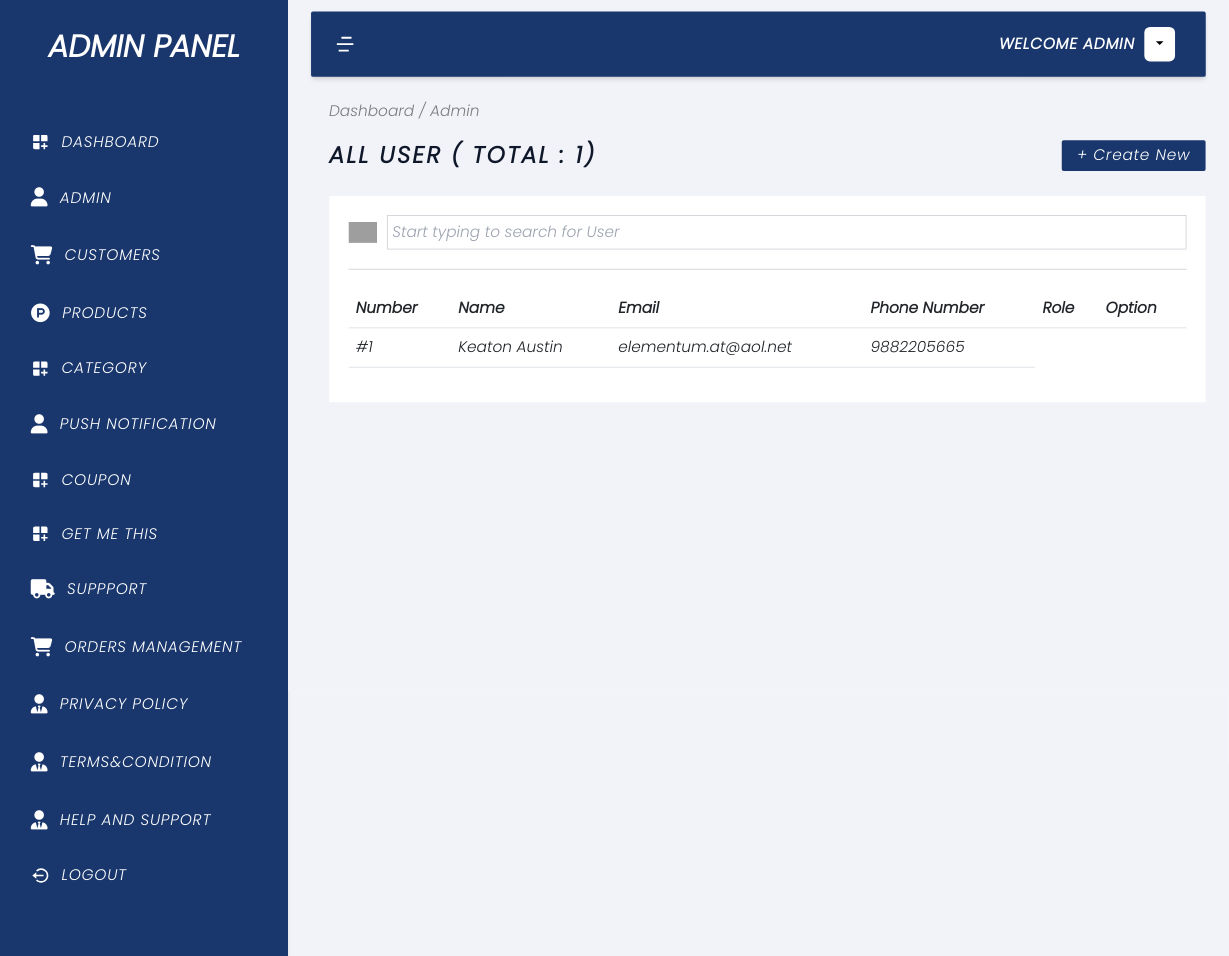
Repository: arpanmalik/project-khanna
Page: /Admin
An editor plug-in stored every save of this project. The page is shown before and after a run of saves, followed by the edit.
The browser window is 1280 px wide. The pictures show the whole page, at 96% of full size.
Pictures or frames that could not be fetched are drawn as grey boxes. Some web libraries are served in a nearby version. The project was rebuilt for these pictures with package versions that can differ from the ones it lists, and the page was loaded fresh each time. Also part of the build but not shown: src/E-CommerceAdmin/forms/Login.jsx, src/E-CommerceAdmin/pages/Dashboard.jsx, src/E-CommerceAdmin/pages/ECategory.js, src/E-CommerceAdmin/pages/EProduct.js, src/E-CommerceAdmin/pages/EVendorList.js, src/E-CommerceAdmin/pages/EAdminOrders.js, src/E-CommerceAdmin/pages/EAdminProduct.js, src/E-CommerceAdmin/pages/EAdminDelivery.js and 11 more. Imported but missing from the stored project, and not drawn on this page: src/E-CommerceAdmin/pages/Component/SpinnerComp, src/E-CommerceVendor/forms/EVendorLogin, src/E-CommerceVendor/pages/EVCategory, src/E-CommerceVendor/pages/EVCoupon, src/E-CommerceVendor/pages/EVDashboard, src/E-CommerceVendor/pages/EVOrders, src/E-CommerceVendor/pages/EVProduct, src/E-CommerceVendor/pages/EVSubCategory.

Above is the page before, as saved 2023-05-16 15:07:05.

### public/index.html
<!-- @format -->

<!DOCTYPE html>
<html lang="en">
  <head>
    <meta charset="utf-8" />
    <meta name="viewport" content="width=device-width, initial-scale=1" />
    <meta name="theme-color" content="#000000" />
    <meta
      name="description"
      content="Web site created using create-react-app"
    />
    <link rel="manifest" href="%PUBLIC_URL%/manifest.json" />
    <link rel="preconnect" href="https://fonts.googleapis.com">
<link rel="preconnect" href="https://fonts.gstatic.com" crossorigin>
<link href="https://fonts.googleapis.com/css2?family=Roboto+Mono:ital,wght@1,300&display=swap" rel="stylesheet">
    <title>Admin Panel</title>
  </head>
  <body>
    <noscript>You need to enable JavaScript to run this app.</noscript>
    <div id="root"></div>
    <script src="https://code.jquery.com/jquery-3.6.0.min.js"></script>
    <script src="https://kit.fontawesome.com/b533b351e4.js" crossorigin="anonymous"></script>
  </body>
</html>

### src/E-CommerceAdmin/pages/EAdmin.js
/** @format */

import axios from "axios";
import React, { useEffect, useState } from "react";
import { Alert, Badge, Button, Form, Modal, Table } from "react-bootstrap";
import { toast } from "react-toastify";
import HOC from "../layout/HOC";

const EAdmin = () => {
  const [modalShow, setModalShow] = React.useState(false);


  function MyVerticallyCenteredModal(props) {
    const [name, setName] = useState("");
    const [email, setEmail] = useState("");
    const [password, setPassword] = useState("");
    const [passwordConfirmation, setPasswordConfirmation] = useState("");
    const [phone, setPhone] = useState("");
    const [passwordError, setPasswordError] = useState(false);

    const postHandler = async (e) => {
      e.preventDefault();
      if (password === passwordConfirmation) {
        try {
          const { data } = await axios.post(
            "http://ec2-65-1-248-95.ap-south-1.compute.amazonaws.com:8886/api/auth/register",
            {
              name,
              username: name,
              email,
              password,
              passwordConfirmation,
              phone,
              role: "admin",
            }
          );
          toast.success(`${data?.user?.name} Created `);

        } catch (e) {
          console.log(e);
          toast.error(e.response.data.message);
        }
      } else {
        setPasswordError(true);
      }
    };

    return (
      <Modal
        {...props}
        size="lg"
        aria-labelledby="contained-modal-title-vcenter"
        centered
      >
        <Modal.Header closeButton>
          <Modal.Title id="contained-modal-title-vcenter">
            Add Admin
          </Modal.Title>
        </Modal.Header>
        <Modal.Body>
          {passwordError ? (
            <Alert variant="danger">Passwords do not Match</Alert>
          ) : (
            ""
          )}
          <Form onSubmit={postHandler}>
            <Form.Group className="mb-3">
              <Form.Label>Name</Form.Label>
              <Form.Control
                type="text"
                required
                onChange={(e) => setName(e.target.value)}
              />
            </Form.Group>
            <Form.Group className="mb-3">
              <Form.Label>Email Address</Form.Label>
              <Form.Control
                type="email"
                required
                onChange={(e) => setEmail(e.target.value)}
              />
            </Form.Group>
            <Form.Group className="mb-3">
              <Form.Label>Phone Number</Form.Label>
              <Form.Control
                type="tel"
                pattern="[0-9]{10}"
                required
                onChange={(e) => setPhone(e.target.value)}
              />
            </Form.Group>
            <Form.Group className="mb-3">
              <Form.Label>Password</Form.Label>
              <Form.Control
                type="password"
                required
                onChange={(e) => setPassword(e.target.value)}
                minLength={8}
              />
            </Form.Group>
            <Form.Group className="mb-3">
              <Form.Label>Confirm Password</Form.Label>
              <Form.Control
                type="password"
                required
                onChange={(e) => setPasswordConfirmation(e.target.value)}
                minLength={8}
              />
            </Form.Group>
            <Button variant="outline-success" type="submit">
              Submit
            </Button>
          </Form>
        </Modal.Body>
        <Modal.Footer></Modal.Footer>
      </Modal>
    );
  }



  return (
    <>
      <MyVerticallyCenteredModal
        show={modalShow}
        onHide={() => setModalShow(false)}
      />

      <p className="headP">Dashboard / Admin</p>
      <div
        className="pb-4 sticky top-0  w-full flex justify-between items-center"
        style={{ width: "98%", marginLeft: "2%" }}
      >
        <span
          className="tracking-widest text-slate-900 font-semibold uppercase "
          style={{ fontSize: "1.5rem" }}
        >
          All User ( Total : 1)
        </span>
        <button
          onClick={() => {
            setModalShow(true);
          }}
          className="md:py-2 px-3 md:px-4 py-1 rounded-sm bg-[#19376d] text-white tracking-wider"
        >
          + Create New
        </button>
      </div>

      <section className="sectionCont">
            <div className="filterBox">
              <img
                src="https://t4.ftcdn.net/jpg/01/41/97/61/360_F_141976137_kQrdYIvfn3e0RT1EWbZOmQciOKLMgCwG.jpg"
                alt=""
              />
              <input
                type="search"
                placeholder="Start typing to search for User"
              />
            </div>

            <div className="overFlowCont">
              <Table>
                <thead>
                  <tr>
                    <th>Number</th>
                    <th>Name</th>
                    <th>Email</th>
                    <th>Phone Number</th>
                    <th>Role</th>
                    <th>Option</th>
                  </tr>
                </thead>
                <tbody>
                  <tr>
                    <td>#1</td>
                    <td>Keaton Austin</td>
                    <td>elementum.at@aol.net</td>
                    <td>9882205665</td>
                  </tr>
                </tbody>
              </Table>
            </div>
      </section>
    </>
  );
};

export default HOC(EAdmin);

### src/E-CommerceAdmin/layout/HOC.jsx
/** @format */

import React, { useState } from "react";
import Navbar from "./Navbar";
import Sidebar from "./Sidebar";

const HOC = (Wcomponenet) => {
  return function Component() {
    const [hamb, setHamb] = useState(false);
    return (
      <>
        <section
          className="flex overflow-x-hidden relative "
          style={{ backgroundColor: "#f2f3f8" }}
        >
          {/* Sidebar */}
          <div
            className={
              hamb
                ? " absolute top-0 z-30 md:w-auto shadow-md bg-slate-200  w-60 transition-all md:-left-full left duration-150  h-auto overflow-y-auto  left-0 "
                : " md:w-72 z-30 bg-slate-200  shadow-md  md:static absolute top-0 -left-full   transition-all duration-150  overflow-y-auto h-auto"
            }
            style={{ minWidth: "300px" }}
          >
            <Sidebar hamb={hamb} setHamb={setHamb} />
          </div>
          {/* Components & Navbar */}
          <div
            className={
              hamb
                ? " transition-all px-4 py-2  duration-150 w-full h-screen"
                : " w-full h-screen  px-4 py-2   z-50 transition-all duration-150 "
            }
            style={{ backgroundColor: "#f2f3f8" }}
          >
            <Navbar hamb={hamb} setHamb={setHamb} />
            <div className="my-6 text-#000 h-[87%] wcomp overflow-y-auto">
              {" "}
              <Wcomponenet />
            </div>
          </div>
        </section>
      </>
    );
  };
};

export default HOC;

### src/E-CommerceAdmin/layout/Navbar.jsx
/** @format */
import { RiMenu4Line } from "react-icons/ri";
import Dropdown from "react-bootstrap/Dropdown";
import { UpdateProfile } from "../../Modals";
import { useState } from "react";
import { useNavigate } from "react-router-dom";
import { toast } from "react-toastify";

const Navbar = ({ hamb, setHamb }) => {
  const [modalShow, setModalShow] = useState(false);
  const navigate = useNavigate();

  function LogOut () {
    navigate('/')
    toast.success("Logged Out")
  }

  return (
    <>
      <UpdateProfile show={modalShow} onHide={() => setModalShow(false)} />
      <div
        className={
          hamb
            ? "flex  w-full justify-between  my-1 rounded-sm  p-4 py-3 shadow-md items-center  bg-slate-200 space-x-4"
            : "flex  w-full justify-between my-1 rounded-sm  p-4 py-3 shadow-md items-center  bg-slate-200 space-x-4"
        }
        style={{ backgroundColor: "#19376d" }}
      >
        <RiMenu4Line
          onClick={() => setHamb(!hamb)}
          className="text-2xl font-bold text-gray-900 hover:scale-90 cursor-pointer"
          style={{ color: "#fff" }}
        />

        <section className="flex sm:ml-auto justify-end sm:w-full items-center space-x-2  pr-2">
          <figcaption
            className="tracking-wider pl-1 font-semibold d-flex"
            style={{ gap: "10px", alignItems: "center" }}
          >
            <div
              className="lg:text-base text-sm text-gray-900  uppercase"
              style={{ color: "#fff" }}
            >
              Welcome Admin
            </div>
            <Dropdown>
              <Dropdown.Toggle id="dropdown-basic"></Dropdown.Toggle>

              <Dropdown.Menu>
                <Dropdown.Item onClick={() => setModalShow(true)}>
                  Update Profile <i className="fa-solid fa-user"></i>{" "}
                </Dropdown.Item>
                <Dropdown.Item onClick={() => LogOut()} >
                  Logout <i className="fa-solid fa-right-from-bracket"></i>{" "}
                </Dropdown.Item>
              </Dropdown.Menu>
            </Dropdown>
          </figcaption>
        </section>
      </div>
    </>
  );
};

export default Navbar;

### src/E-CommerceAdmin/layout/Sidebar.jsx
/** @format */

import React from "react";
import { RiCloseLine } from "react-icons/ri";
import { Link, useNavigate } from "react-router-dom";
import { BiLogOutCircle } from "react-icons/bi";
import { MdDashboardCustomize } from "react-icons/md";

const Sidebar = ({ hamb, setHamb }) => {
  const navigate = useNavigate();

  const nav = [
    {
      icon: <MdDashboardCustomize className="text-xl mr-3 rounded-full " />,
      link: "/dashboard ",
      name: "Dashboard",
    },
    {
      icon: <i className="fa-solid fa-user text-xl mr-3 rounded-full"></i>,
      link: "/Admin",
      name: "Admin",
    },
    {
      icon: (
        <i className="fa-solid fa-cart-shopping text-xl mr-3 rounded-full"></i>
      ),
      link: "/Customer",
      name: "Customers",
    },
    // {
    //   icon: <i className="fa-solid fa-user-tie text-xl mr-3 rounded-full"></i>,
    //   link: "/VendorList",
    //   name: "Vendors",
    // },
    {
      icon: (
        <i className="fa-brands fa-product-hunt text-xl mr-3 rounded-full"></i>
      ),
      link: "/Product",
      name: "Products",
    },
    {
      icon: <MdDashboardCustomize className="text-xl mr-3 rounded-full " />,
      link: "/Category",
      name: "Category",
    },

    // {
    //   icon: <MdDashboardCustomize className="text-xl mr-3 rounded-full " />,
    //   link: "/SubCategory",
    //   name: "Sub-Category",
    // },
    {
      icon: <i className="fa-solid fa-user text-xl mr-3 rounded-full"></i>,
      link: "/pushNotification",
      name: "Push Notification",
    },

    // {
    //   icon: <MdDashboardCustomize className="text-xl mr-3 rounded-full " />,
    //   link: "/banner",
    //   name: "Banner",
    // },
    {
      icon: <MdDashboardCustomize className="text-xl mr-3 rounded-full " />,
      link: "/coupon",
      name: "Coupon",
    },
    {
      icon: <MdDashboardCustomize className="text-xl mr-3 rounded-full " />,
      link: "/getMeThis",
      name: "Get Me This",
    },
    {
      icon: <i className="fa-solid fa-truck  text-xl mr-3 rounded-full"></i>,
      link: "/Support",
      name: "Suppport",
    },
    {
      icon: (
        <i className="fa-solid fa-cart-shopping text-xl mr-3 rounded-full"></i>
      ),
      link: "/Orders",
      name: "Orders Management",
    },

    {
      icon: <i className="fa-solid fa-user-tie text-xl mr-3 rounded-full"></i>,
      link: "/privacy",
      name: "Privacy Policy",
    },
    {
      icon: <i className="fa-solid fa-user-tie text-xl mr-3 rounded-full"></i>,
      link: "/terms",
      name: "Terms&Condition",
    },
    // {
    //   icon: <i className="fa-solid fa-user-tie text-xl mr-3 rounded-full"></i>,
    //   link: "/helpSupport",
    //   name: "Help and Support",
    // },
    {
      icon: <i className="fa-solid fa-user-tie text-xl mr-3 rounded-full"></i>,
      link: "/complaints",
      name: "Help and Support",
    },
  ];

  const logOut = () => {
    localStorage.clear()
    navigate("/");
  };

  return (
    <>
      <aside
        className="p-4 h-auto"
        style={{ backgroundColor: "#19376d", minHeight: "100vh" }}
      >
        {/* Top */}
        <div className="w-full md:hidden relative  p-2 mb-4">
          <RiCloseLine
            onClick={() => setHamb(!hamb)}
            className="text-3xl  absolute top-2 sm:hover:rotate-[228deg] transition-transform font-bold right-2 sm:hover:text-[22px] text-[rgb(241,146,46)] cursor-pointer"
          />
        </div>{" "}
        <figure className="flex  flex-col items-center">
          <span
            className="font-bold text-[#fff]"
            style={{
              fontSize: "2rem",
              textAlign: "center",
              textTransform: "uppercase",
            }}
          >
            {" "}
            ADMIN PANEL
          </span>
        </figure>
        <nav className="py-6">
          {nav.map((nav) => {
            return (
              <Link
                to={nav.link}
                key={nav.name}
                className=""
                style={{ textDecoration: "none", textTransform: "uppercase" }}
              >
                <span
                  className="flex my-3 items-center cursor-pointer text-gray-900    tracking-wider p-2 rounded-sm"
                  style={{ color: "#FFF" }}
                >
                  {nav.icon} {nav.name}
                </span>
              </Link>
            );
          })}
          <span
            className="flex my-3 items-center cursor-pointer text-gray-900    tracking-wider p-2 rounded-sm"
            onClick={() => logOut()}
            style={{ color: "#FFF", textTransform: "uppercase" }}
          >
            <BiLogOutCircle className="text-xl mr-3 rounded-full " /> LogOut
          </span>
        </nav>
      </aside>
    </>
  );
};

export default Sidebar;

Loaded but not shown: tailwind.config.js (common file); src/App.js (92 lines, source omitted); src/Modals.js (41 lines, source omitted); src/index.js (15 lines, source omitted); src/index.css (504 lines, source omitted)

After the next 6 saves:
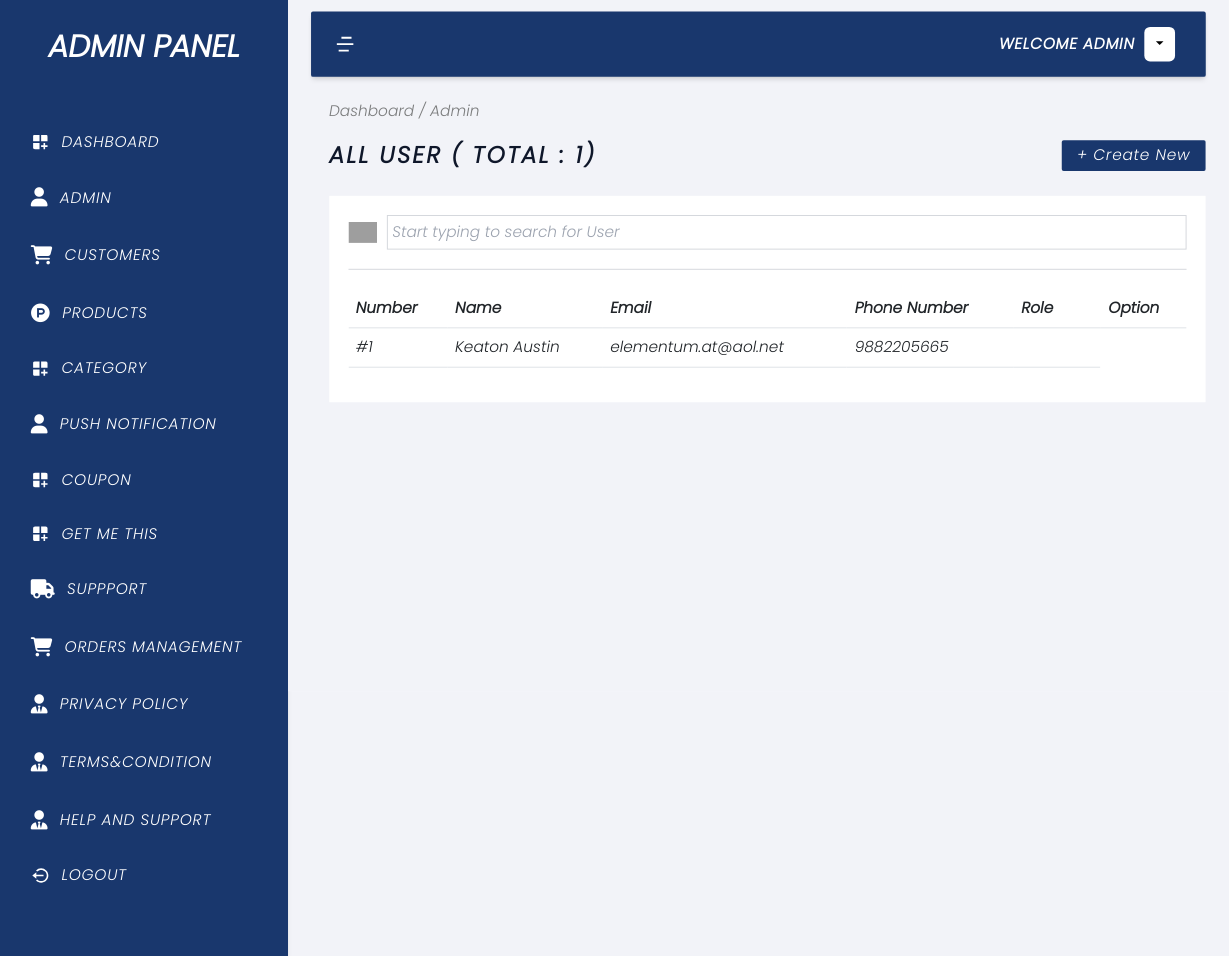
The 6 saves are shown as one change because they came seconds apart.
The last was saved 16 s later.
--- a/src/E-CommerceAdmin/pages/EAdmin.js
+++ b/src/E-CommerceAdmin/pages/EAdmin.js
@@ -177,6 +177,9 @@ const EAdmin = () => {
                     <td>Keaton Austin</td>
                     <td>elementum.at@aol.net</td>
                     <td>9882205665</td>
+                    <td>
+                      <Badge bg='' >Admin</Badge>
+                    </td>
                   </tr>
                 </tbody>
               </Table>
